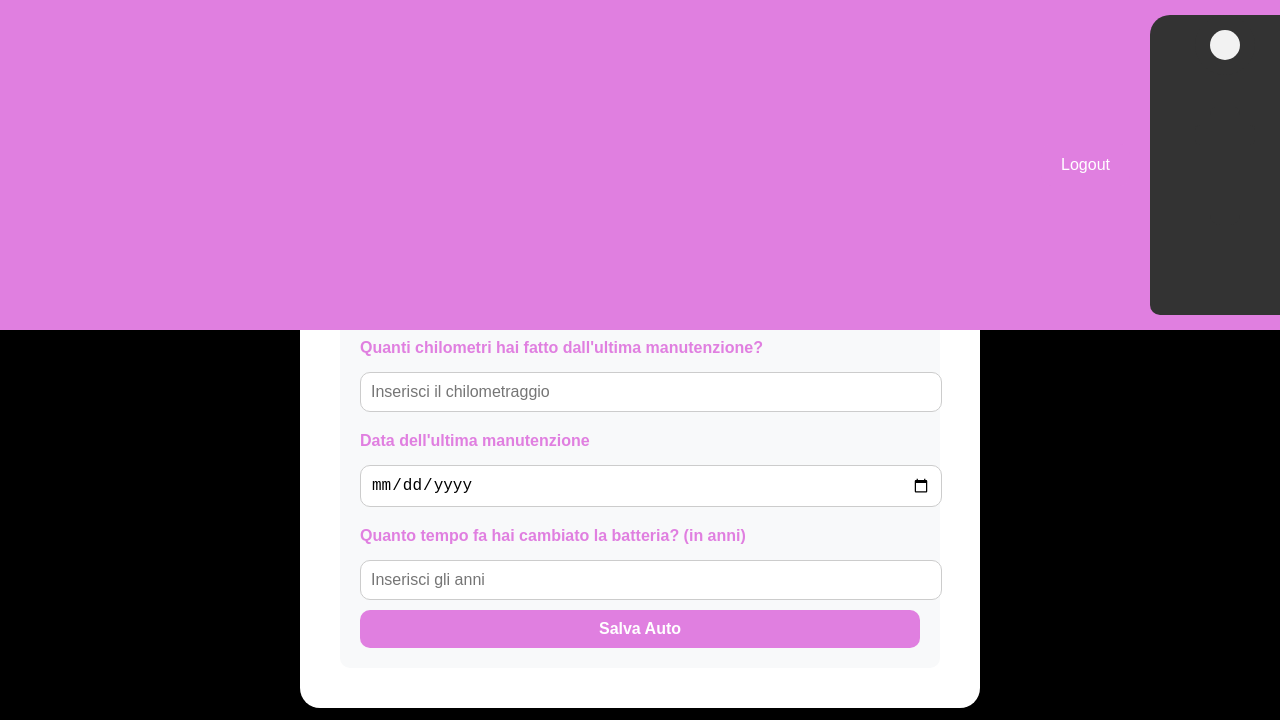
Repository: maxdl98/AppAuto
Page: http://localhost/index
The author's editor kept a copy of each file at every save. The page is drawn from the files as they stood at one save, then again after the next save.
The browser window is 1280 px wide. The pictures show the whole page.
The page is this project's Thymeleaf template; nobody is signed in. The template is opened directly, without the code that normally fills it, so the values that code supplies are empty.

Above is the page before, as saved 2025-01-12 23:33:50.
Console error: TypeError: Cannot set properties of null (setting 'innerText')

After the next save:
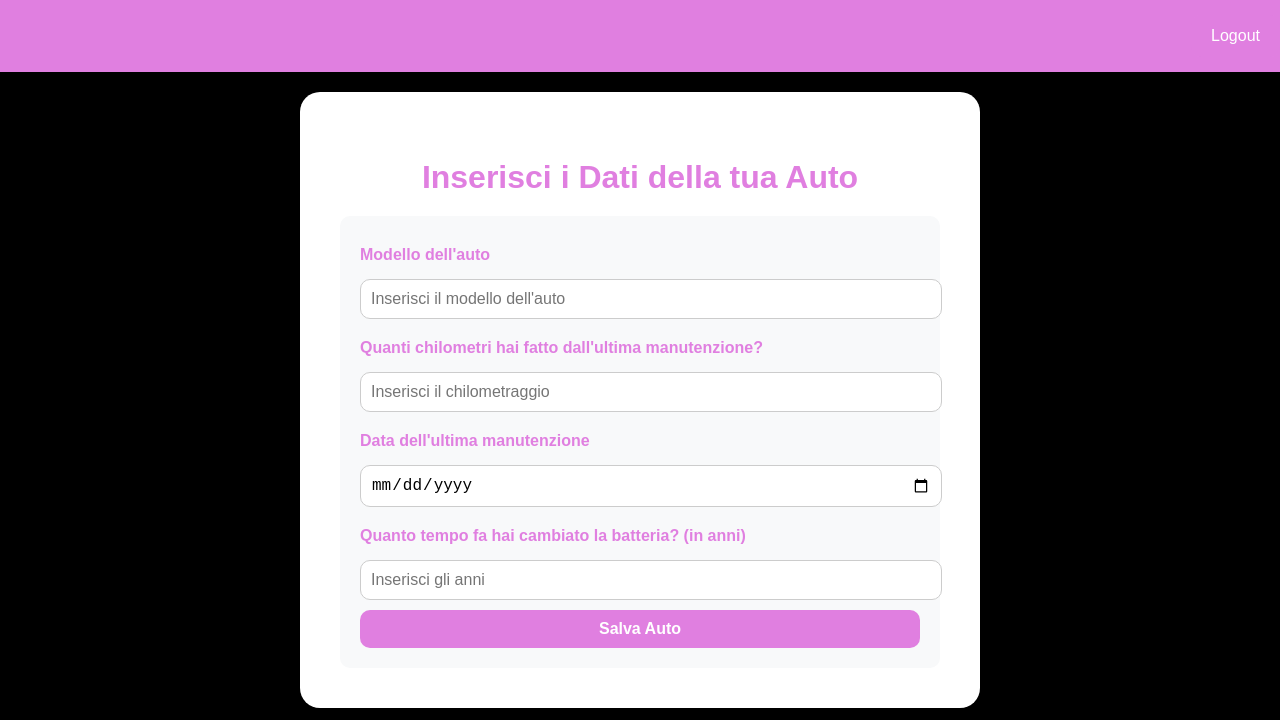
Saved 53 s later.
--- a/AutoApp/src/main/resources/templates/index.html
+++ b/AutoApp/src/main/resources/templates/index.html
@@ -115,70 +115,7 @@
         .auto-form button:hover {
             background-color: #c97bcd;
         }
-         .chiave-inglese {
-            width: 150px;
-            height: 300px;
-            position: relative;
-            background-color: #333;
-            border-radius: 20px 20px 10px 10px;
-        }
-
-        .chiave-inglese:before {
-            content: "";
-            position: absolute;
-            top: 50%;
-            left: 50%;
-            width: 50px;
-            height: 10px;
-            background-color: #333;
-            border-radius: 5px;
-            transform: translate(-50%, -50%) rotate(90deg);
-        }
-
-        .testa {
-            position: absolute;
-            top: 0;
-            left: 50%;
-            width: 60px;
-            height: 60px;
-            background-color: #333;
-            border-radius: 50%;
-            transform: translateX(-50%);
-        }
-
-        .testa:before {
-            content: "";
-            position: absolute;
-            top: 15px;
-            left: 15px;
-            width: 30px;
-            height: 30px;
-            background-color: #f2f2f2;
-            border-radius: 50%;
-        }
-
-        .manico {
-            position: absolute;
-            top: 30%;
-            left: 50%;
-            width: 30px;
-            height: 120px;
-            background-color: #333;
-            border-radius: 10px;
-            transform: translateX(-50%);
-        }
-
-        /* Dettagli aggiuntivi della chiave */
-        .manico:before {
-            content: "";
-            position: absolute;
-            top: 20px;
-            left: -15px;
-            width: 60px;
-            height: 20px;
-            background-color: #333;
-            border-radius: 5px;
-        }
+
     </style>
 </head>
 
@@ -186,10 +123,6 @@
     <!-- Top bar -->
     <div class="topbar">
         <button id="logoutBtn" class="logout-btn">Logout</button>
- <div class="chiave-inglese">
-        <div class="testa"></div>
-        <div class="manico"></div>
-    </div>
     </div>
 
     <!-- Form per raccogliere i dati dell'auto -->
